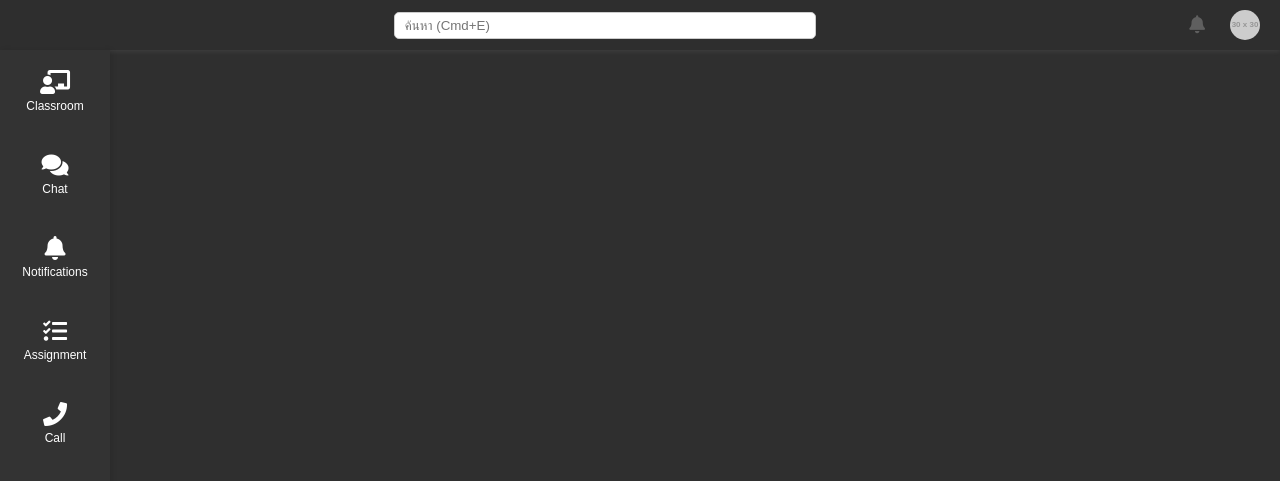
Repository: praifas16/ProPro
Page: docs/studenthead.html
These files come from the project's save history. The page is drawn as it stood at one moment and after the next save; the edit follows.
The browser window is 1280 px wide. The pictures show the whole page.

Above is the page before, as saved 2024-08-21 20:59:24.

After the next save:
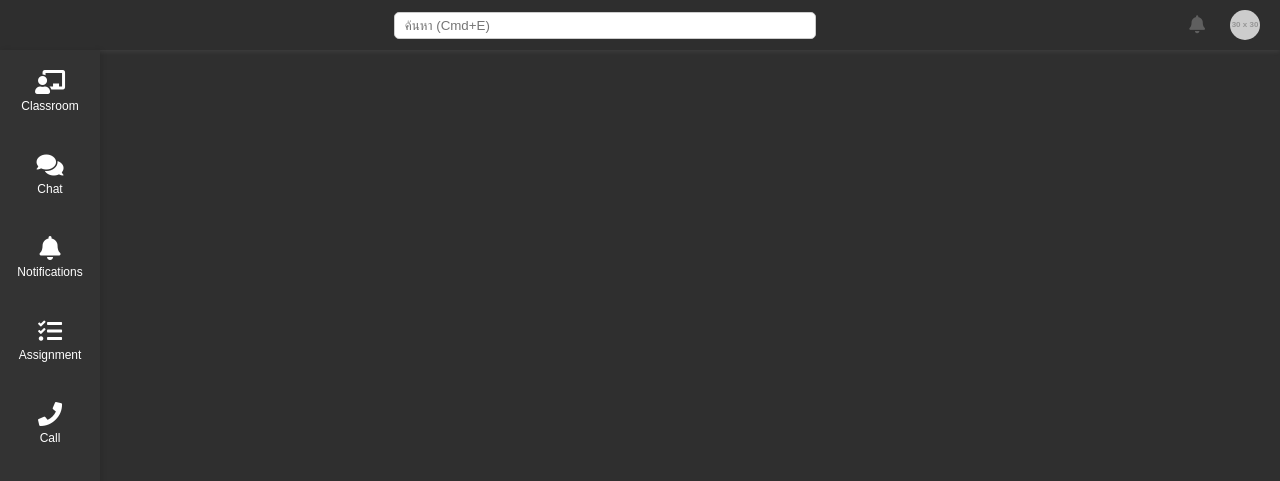
Saved 27 s later.
--- a/docs/studenthead.html
+++ b/docs/studenthead.html
@@ -63,7 +63,7 @@
 
       /* เมนูแถบข้าง */
       .sidebar {
-        width: 70px;
+        width: 60px;
         background-color: #333;
         color: white;
         height: calc(100vh - 60px); /* Adjusted to take into account the topbar height */
